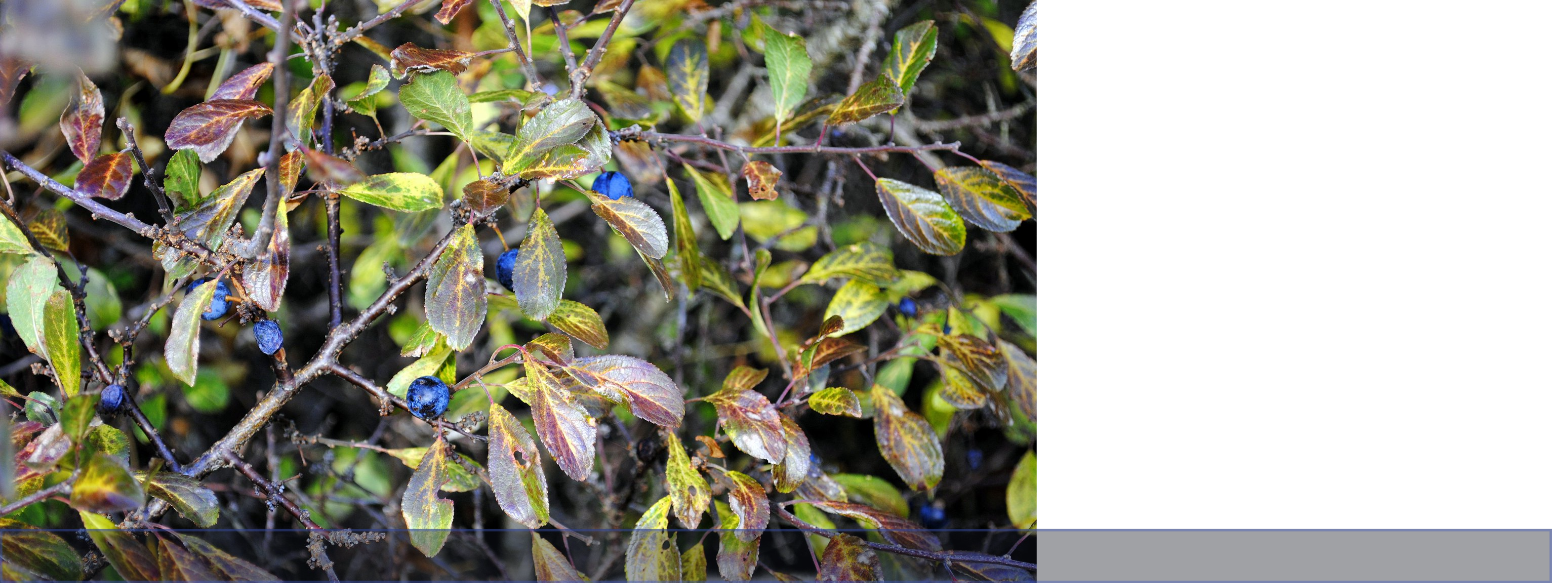
Repository: js223mx/js223mx-1dv403-laborationer
Page: 5-pwd/index.html
The author's editor kept a record of every edit. The page is drawn from the files as they stood at one moment, then again after the next edit.
The browser window is 1280 px wide. The page is 1916 px wide, so the pictures cover 1916 px, including what lies to the right of the window. The pictures show the whole page, at 81% of full size.

Above is the page before.

After the next edit:
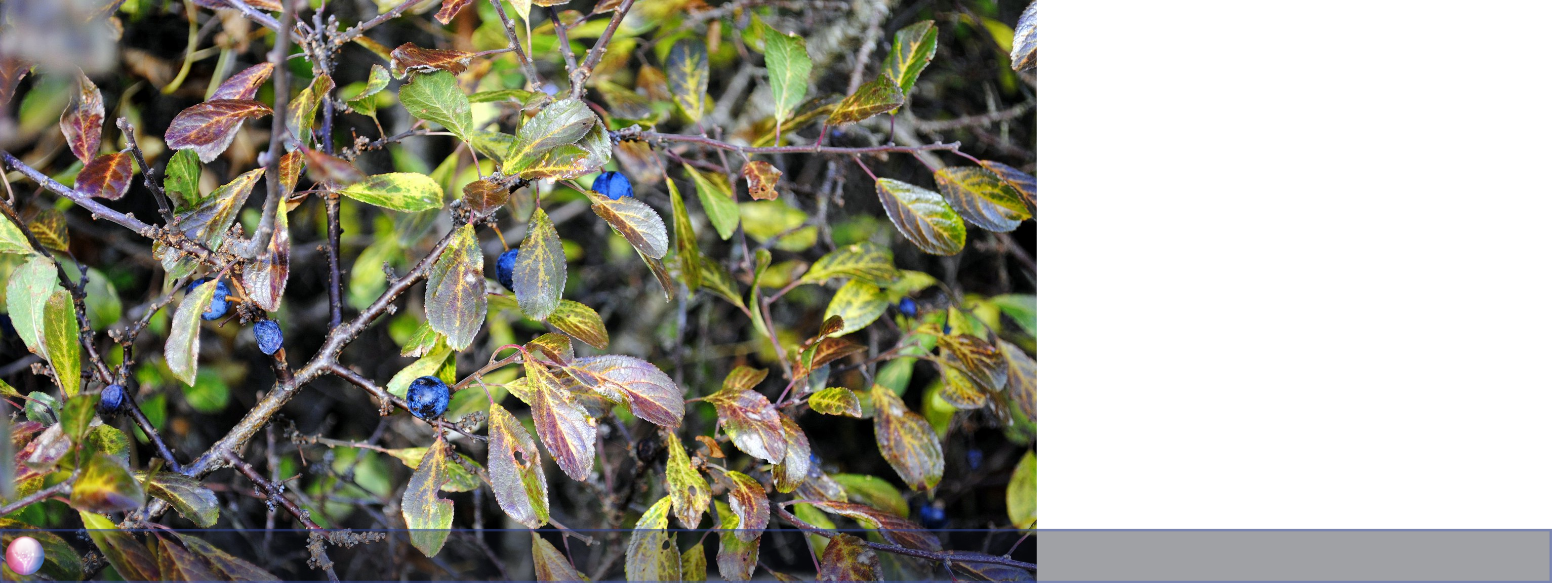
The edit:
--- a/5-pwd/index.html
+++ b/5-pwd/index.html
@@ -7,7 +7,7 @@
 	<body>
 		<main id=Mymain></main>
 		<footer id="Myfooter">
-
+			<a class = "icon" id="menuicon" href="#" title="Välj ny bakgrund"><img class="iconImg" src="css/menuicon.png" /></a>
 		</footer>
 
 	</body>
